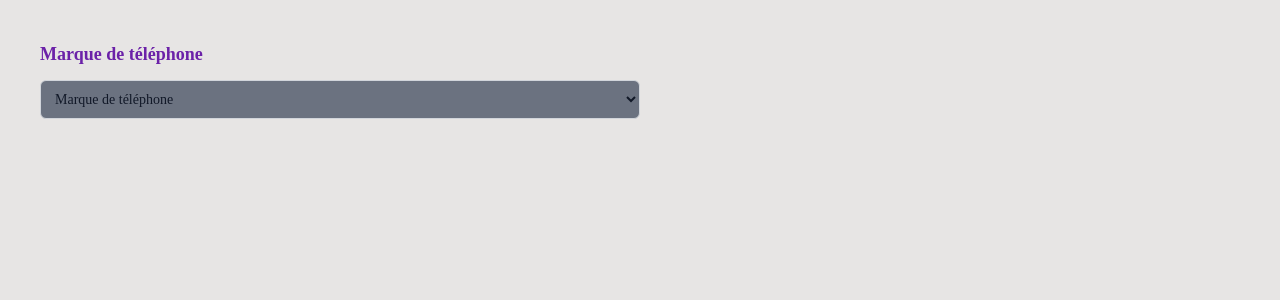
Repository: darlino/gotyu_shopify_section
Page: product_select220223/index.html
These files come from the project's save history. The page is drawn as it stood at one moment and after the next save; the edit follows.
The browser window is 1280 px wide. The pictures show the whole page.
Some web fonts or font styles are not loaded; a fallback is used. Some web libraries are served in a nearby version.

Above is the page before, as saved 2023-02-22 18:27:16.

### product_select220223/index.html
<!DOCTYPE html>
<html lang="en">
  <head>
    <meta charset="UTF-8" />
    <meta http-equiv="X-UA-Compatible" content="IE=edge" />
    <meta name="viewport" content="width=device-width, initial-scale=1.0" />
    <title>Document</title>
    <script src="https://cdn.tailwindcss.com"></script>
    <link rel="preconnect" href="https://fonts.googleapis.com" />
    <link rel="preconnect" href="https://fonts.gstatic.com" crossorigin />
    <link
      href="https://fonts.googleapis.com/css2?family=Gloock&display=swap"
      rel="stylesheet"
    />
    <link rel="stylesheet" href="style.css" />
  </head>
  <body>
    <section id="product_select220223">
      <div class="flex flex-col max-w-[1300px] bg-stone-200 h-screen mx-auto">
        <div class="flex flex-col w-full space-y-3 mx-auto p-10">
          <p class="text-lg font-bold text-left text-purple-800">
            Marque de téléphone
          </p>
          <select
            name="select_brand"
            id="select_brand"
            class="bg-gray-500 w-1/2 border border-gray-300 text-gray-900 text-sm rounded-md focus:ring-blue-500 focus:border-blue-500 block p-2.5 dark:border-gray-600 dark:placeholder-gray-400 dark:text-white dark:focus:ring-blue-500 dark:focus:border-blue-500"
          >
            <option class="text-md mb-2" value="">Marque de téléphone</option>
            <option class="text-md mb-2" value="Samsung">Samsung</option>
            <option class="text-md mb-2" value="Xiaomi">Xiaomi</option>
            <option class="text-md mb-2" value="Iphone">Iphone</option>
          </select>
        </div>
      </div>
    </section>
  </body>
</html>

### product_select220223/style.css
* {
  margin: 0;
  padding: 0;
  font-family: "Gloock", serif;
}

#product_select220223 {
  width: 100%;
  height: auto;
}

After the next save:
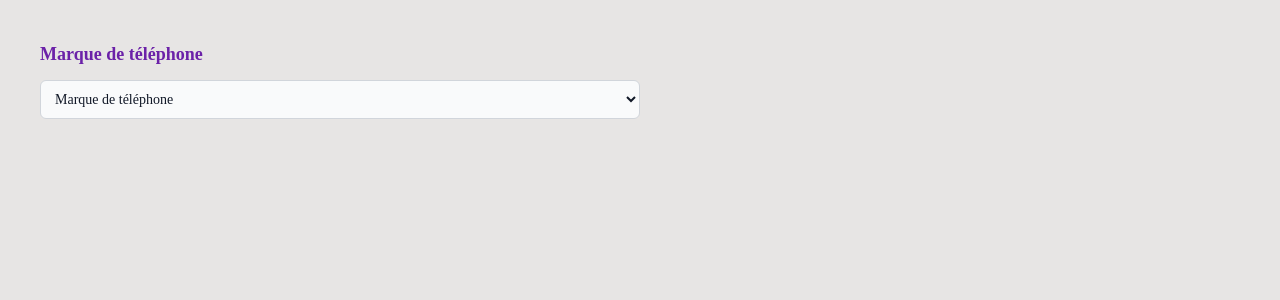
Saved 6 s later.
--- a/product_select220223/index.html
+++ b/product_select220223/index.html
@@ -24,7 +24,7 @@
           <select
             name="select_brand"
             id="select_brand"
-            class="bg-gray-500 w-1/2 border border-gray-300 text-gray-900 text-sm rounded-md focus:ring-blue-500 focus:border-blue-500 block p-2.5 dark:border-gray-600 dark:placeholder-gray-400 dark:text-white dark:focus:ring-blue-500 dark:focus:border-blue-500"
+            class="bg-gray-50 w-1/2 border border-gray-300 text-gray-900 text-sm rounded-md focus:ring-blue-500 focus:border-blue-500 block p-2.5 dark:border-gray-600 dark:placeholder-gray-400 dark:text-white dark:focus:ring-blue-500 dark:focus:border-blue-500"
           >
             <option class="text-md mb-2" value="">Marque de téléphone</option>
             <option class="text-md mb-2" value="Samsung">Samsung</option>
